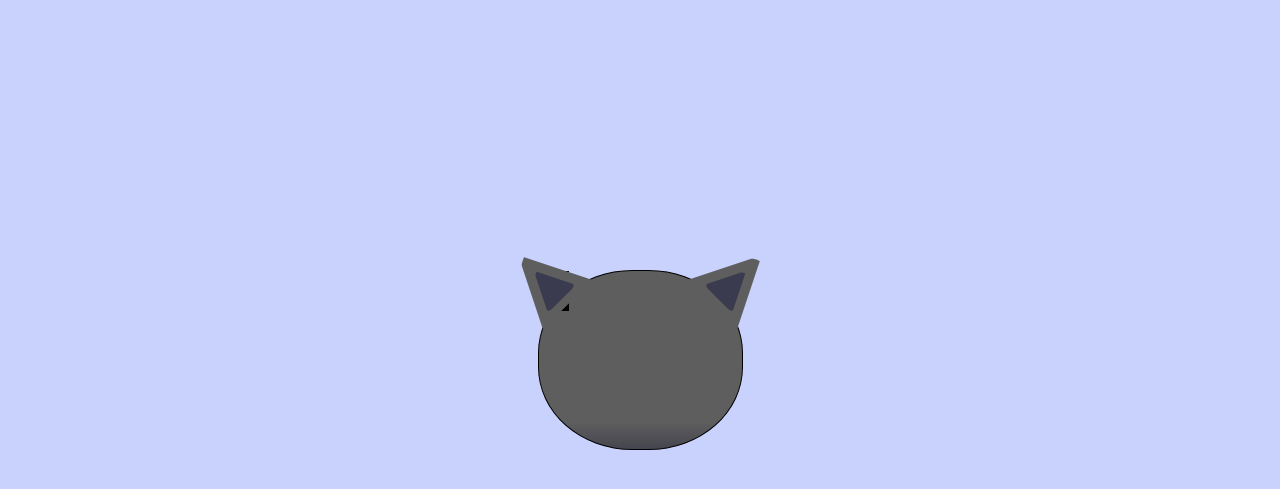
Repository: Lungdjos/cat_painting
Page: index.html
These files come from the project's save history. The page is drawn as it stood at one moment and after the next save; the edit follows.
The browser window is 1280 px wide. The pictures show the whole page.

Above is the page before, as saved 2023-11-09 23:02:40.

After the next save:
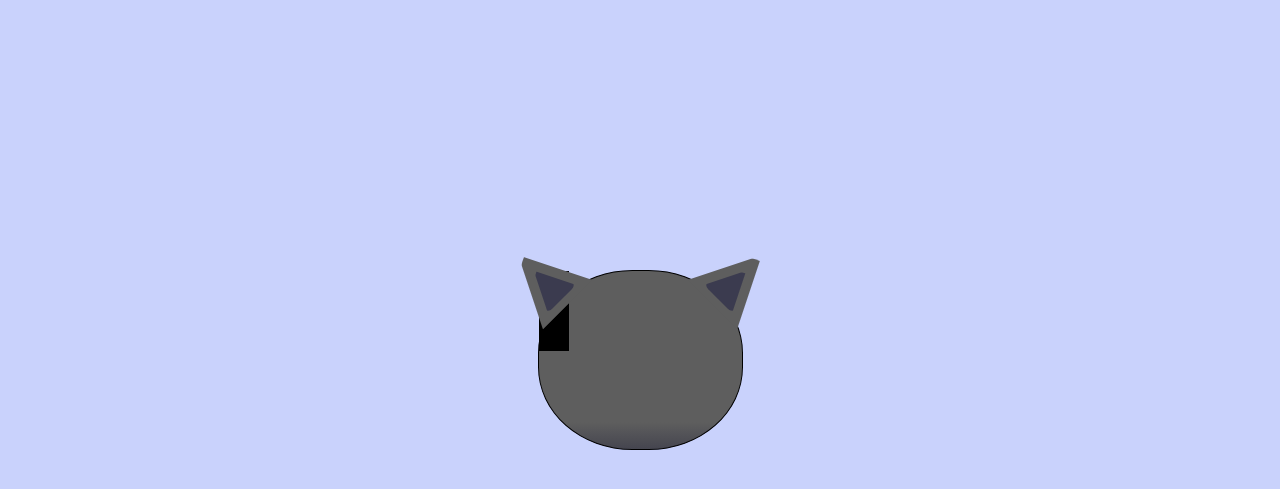
Saved 5 s later.
--- a/styles.css
+++ b/styles.css
@@ -107,7 +107,7 @@
     background-color: #000;
 }
 
-.cat-left-eye {
+.cat-right-eye {
     width: 30px;
     height: 40px;
     background-color: #000;

After the 4 saves that followed:
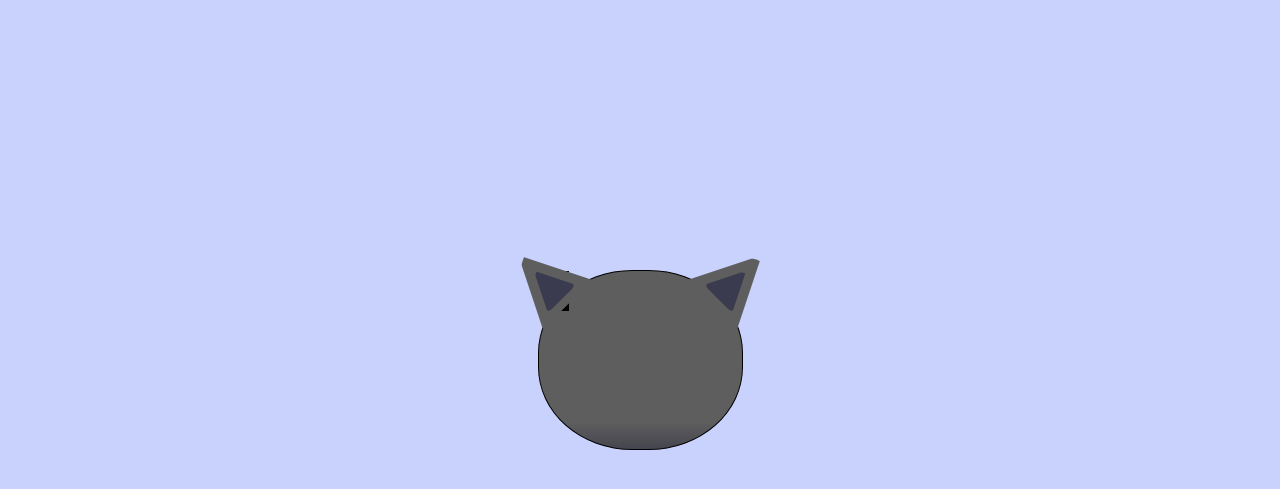
The 4 saves are shown as one change because 1 left the picture as it was and some came seconds apart.
The last was saved 4 min 53 s later.
--- a/index.html
+++ b/index.html
@@ -20,12 +20,13 @@
                 </div>
             </div>
             <div class="cat-eyes">
+                <div class="cat-left-eye">
+                    <div class="cat-left-inner-eye"></div>
+                </div>
                 <div class="cat-right-eye">
                     <div class="cat-right-inner-eye"></div>
                 </div>
-                <div class="cat-left-eye">
-                    <div class="cat-left-inner-eye"></div>
-                </div>
+
             </div>
         </div>
     </main>
--- a/styles.css
+++ b/styles.css
@@ -105,6 +105,7 @@
     width: 30px;
     height: 40px;
     background-color: #000;
+    position: absolute;
 }
 
 .cat-right-eye {
